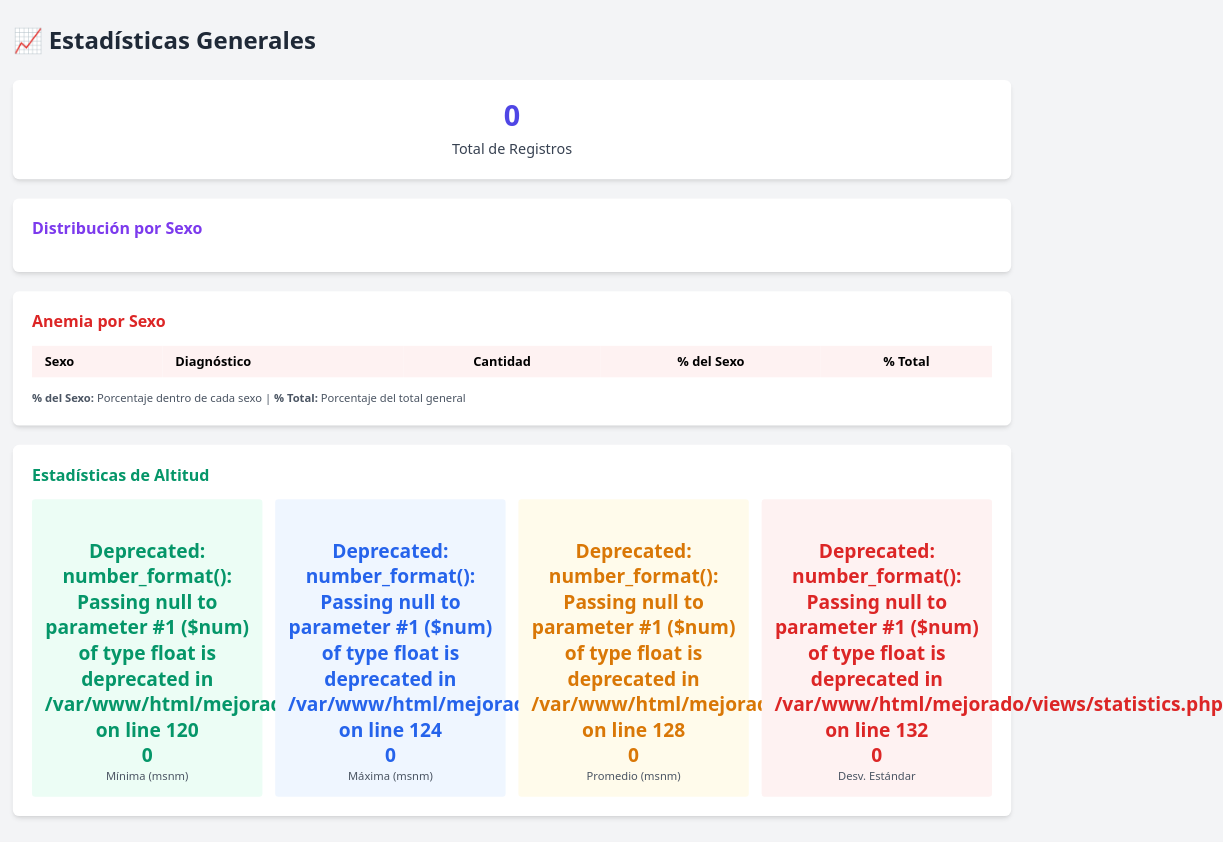
Repository: jayler10/datos_salud_peru
Page: http://localhost/mejorado/views/statistics.php
These files come from the project's save history. The page is drawn as it stood at one moment and after the next save; the edit follows.
The browser window is 1280 px wide. The page is 1529 px wide, so the pictures cover 1529 px, including what lies to the right of the window. The pictures show the whole page, at 80% of full size.
The page is run by PHP 8.4 with error messages shown; the project is at /var/www/html/. Queries for data that is not in the repository find no rows.

Above is the page before, as saved 2025-05-28 11:39:02.

After the next save:
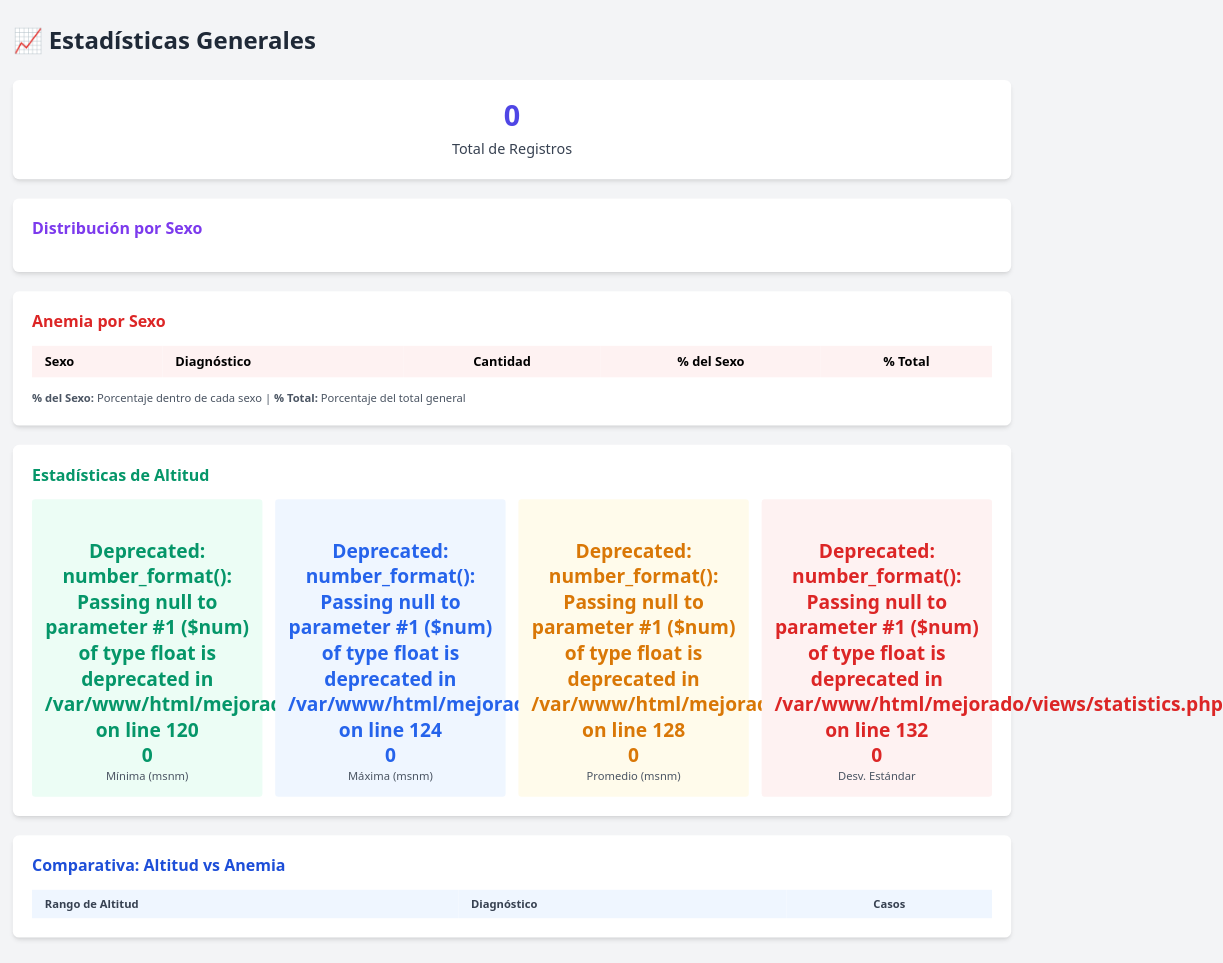
Saved 21 s later.
--- a/mejorado/views/statistics.php
+++ b/mejorado/views/statistics.php
@@ -134,6 +134,44 @@ $anemiaByAltitude = $statsController->getAnemiaByAltitudeRange();
                 </div>
             </div>
         </div>
+
+
+
+        <!-- Comparación Altitud vs Anemia -->
+<div class="bg-white rounded-lg shadow-md p-6 mt-6">
+    <h2 class="text-xl font-semibold mb-4 text-blue-700">Comparativa: Altitud vs Anemia</h2>
+    <div class="overflow-x-auto">
+        <table class="min-w-full table-auto text-sm">
+            <thead class="bg-blue-50 text-gray-700">
+                <tr>
+                    <th class="px-4 py-2 text-left">Rango de Altitud</th>
+                    <th class="px-4 py-2 text-left">Diagnóstico</th>
+                    <th class="px-4 py-2 text-center">Casos</th>
+                </tr>
+            </thead>
+            <tbody>
+                <?php
+                $currentRange = '';
+                while ($row = $anemiaByAltitude->fetch_assoc()):
+                    $isNewRange = $currentRange !== $row['rango_altitud'];
+                    $currentRange = $row['rango_altitud'];
+                ?>
+                <tr class="border-b hover:bg-gray-50 <?= $isNewRange ? 'border-t-2 border-gray-300' : '' ?>">
+                    <td class="px-4 py-2 font-medium <?= $isNewRange ? 'text-blue-700' : 'text-gray-400' ?>">
+                        <?= $isNewRange ? $row['rango_altitud'] : '' ?>
+                    </td>
+                    <td class="px-4 py-2"><?= htmlspecialchars($row['dx_anemia']) ?></td>
+                    <td class="px-4 py-2 text-center"><?= number_format($row['cantidad']) ?></td>
+                </tr>
+                <?php endwhile; ?>
+            </tbody>
+        </table>
+    </div>
+</div>
+
+
+
+
     </div>
 </body>
 </html>
